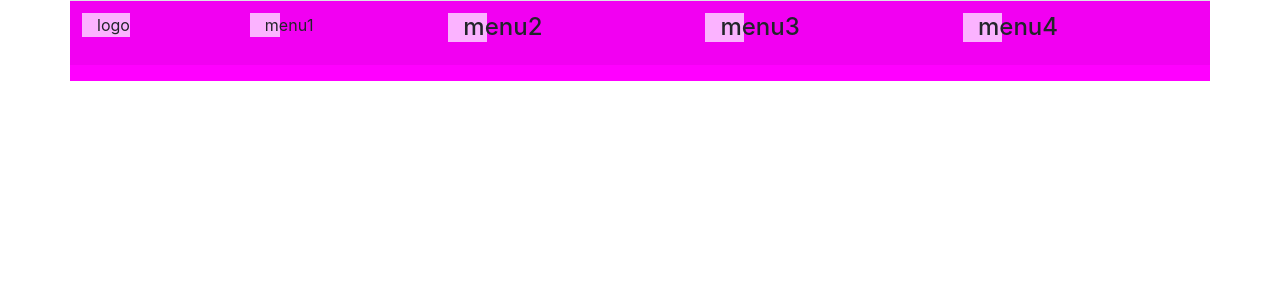
Repository: HayatoTakaha/bookers2-debug
Page: bootstrap_practice/index.html
The author's editor kept a record of every edit. The page is drawn from the files as they stood at one moment, then again after the next edit.
The browser window is 1280 px wide. The pictures show the whole page.

Above is the page before.

### bootstrap_practice/index.html
<!DOCTYPE html>
<html lang="ja">
  <head>
    <meta charset="utf8" />
    <title>23章演習</title>
    <link rel="stylesheet" href="https://cdn.jsdelivr.net/npm/bootstrap@4.6.2/dist/css/bootstrap.min.css"
    integrity="sha384-xOolHFLEh07PJGoPkLv1IbcEPTNtaed2xpHsD9ESMhqIYd0nLMwNLD69Npy4HI+N" crossorigin="anonymous">
    <link rel="stylesheet" href="style.css" />
  </head>

  <body>

   <div class="container">
       <div class="row" style="background-color: #ff00ff;" >
        <table class="table table-striped">
        <td>
         <div class="col-lg-4" style="background-color: #fbb3ff ;">
         <p>logo</p>
         </div>
        </td>
        <td>
        <div class="col-lg-2" style="background-color: #fbb3ff ;">
          <p>menu1</p>
        </div>
        </td>
        <td>
        <div class="col-lg-2" style="background-color: #fbb3ff ;">
          <h4>menu2</h4>
        </div>
        </td>
        <td>
        <div class="col-lg-2" style="background-color: #fbb3ff ;">
          <h4>menu3</h4>
        </div>
        </td>
        <td>
        <div class="col-lg-2" style="background-color: #fbb3ff ;">
          <h4>menu4</h4>
        </div>
        </td>
      </table>
     </div>
     </div>
  </body>

</html>

### bootstrap_practice/style.css
* {
  margin: 0;
  padding: 0;
  box-sizing: border-box;
}

.selector-for-some-widget {
  box-sizing: content-box;
}

After the next edit:
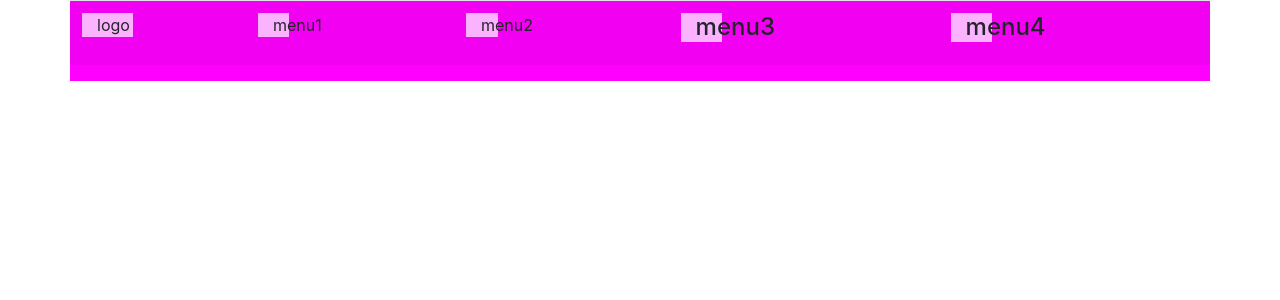
The edit:
--- a/bootstrap_practice/index.html
+++ b/bootstrap_practice/index.html
@@ -25,7 +25,7 @@
         </td>
         <td>
         <div class="col-lg-2" style="background-color: #fbb3ff ;">
-          <h4>menu2</h4>
+          <p>menu2</p>
         </div>
         </td>
         <td>
